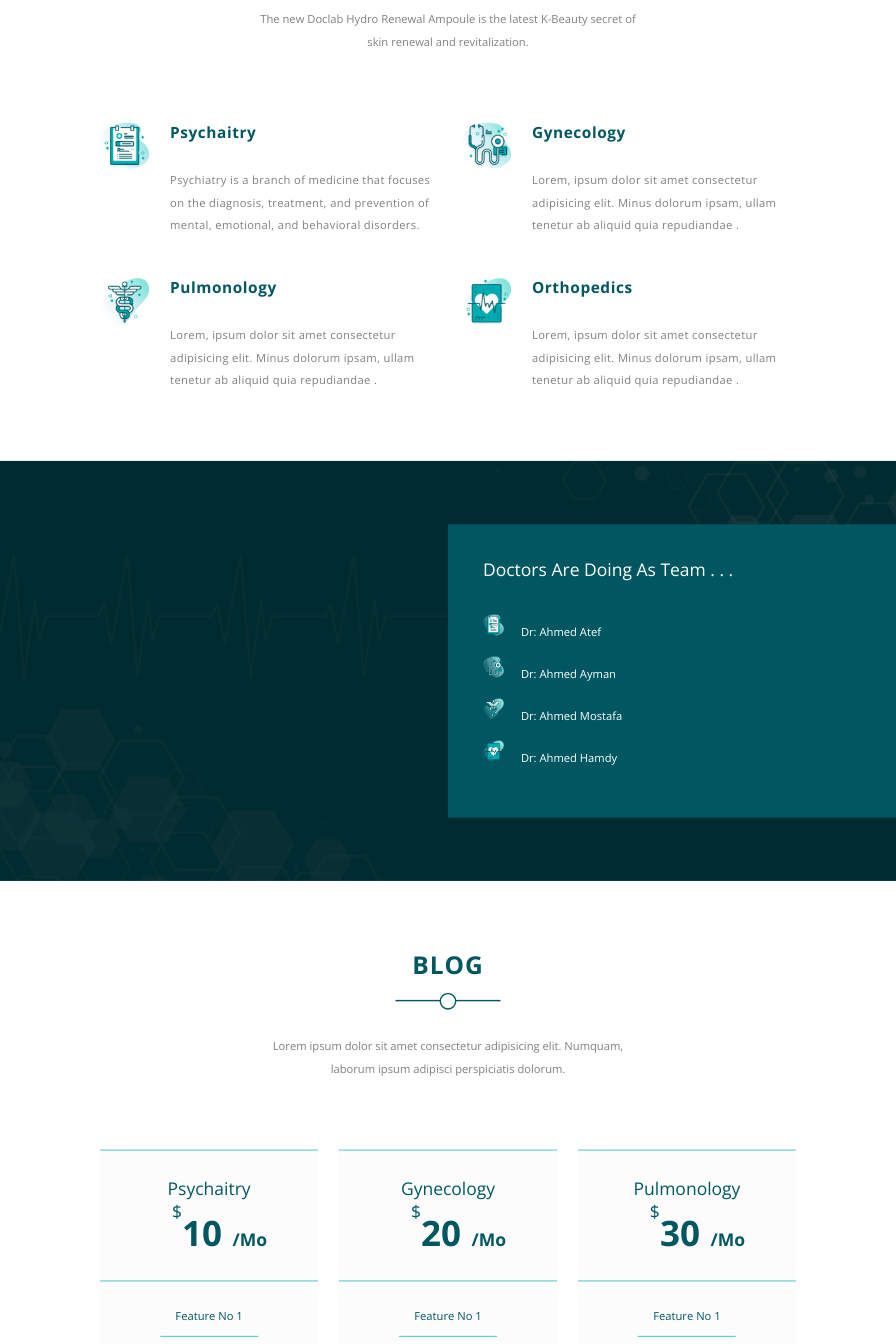
Repository: Ahmed123rezk123/Clinic
Page: index.html
The author's editor kept a copy of each file at every save. The page is drawn from the files as they stood at one save, then again after the next save.
The browser window is 1280 px wide. The pictures show the part of the page from y = 929 to 2849 px (the page is 5771 px tall before and 5803 px after), at 70% of full size.
Some web fonts or font styles are not loaded; a fallback is used.

Above is the page before, as saved 2024-04-25 23:09:35.

### index.html
<!DOCTYPE html>
<html lang="en">
  <head>
    <meta charset="UTF-8" />
    <meta name="viewport" content="width=device-width, initial-scale=1.0" />
    <title>Clinic</title>
    <!-- Render All Elements Normally -->
    <link rel="stylesheet" href="css/normalize.css" />
    <!-- Font Awesome Library -->
    <link rel="stylesheet" href="css/all.min.css" />
    <!-- Main Temlate css file -->
    <link rel="stylesheet" href="css/style.css" />
    <!-- Google Fonts -->
    <link rel="preconnect" href="https://fonts.googleapis.com" />
    <link rel="preconnect" href="https://fonts.gstatic.com" crossorigin />
    <link
      href="https://fonts.googleapis.com/css2?family=Edu+TAS+Beginner:wght@500&family=Open+Sans:wght@400;700&display=swap"
      rel="stylesheet"
    />
    <!-- <link href="https://cdn.jsdelivr.net/npm/bootstrap@5.3.2/dist/css/bootstrap.min.css" rel="stylesheet"> -->
  </head>
  <body>
    <!-- Start Header -->
    <header>
      <div class="container" id="top">
        <a href="#" class="logo">
          <img src="images/logo.svg" alt="Logo" />
        </a>
        <nav>
          <i class="fas fa-bars menu"></i>
          <ul>
            <li><a href="#" class="active">Home</a></li>
            <li><a href="#">Services</a></li>
            <li><a href="#">Doctors</a></li>
            <li><a href="#">Blog</a></li>
            <li><a href="#">Contact</a></li>
          </ul>
          <div class="form">
            <i class="fas fa-search"></i>
          </div>
        </nav>
      </div>
    </header>
    <!-- End Header -->
    <!-- Start Landing -->
    <section class="landing">
      <div class="overlay">
        <div class="text">
          <div class="content">
            <h2>
              Welcome To Doclab<br />
              We get will soon
            </h2>
            <p>
              The new Doclab Hydro Renewal Ampoule is the latest K-Beauty secret of skin renewal and revitalization invention that is used by dermatologists.
            </p>
          </div>
        </div>
       <img class="img-doctor" src="images/hero-banner.png" alt="">
      </div>
      <i class="fas fa-angle-left icon1 fa-2x"></i>
      <i class="fas fa-angle-right icon2 fa-2x"></i>
      <ul class="bullets">
        <li></li>
        <li class="active"></li>
        <li></li>
      </ul>
    </section>
    <!-- End Landing -->
    <!-- Start Services -->
    <section class="services">
      <div class="container">
        <div class="main-content">
          <h2>Services</h2>
          <p>
            The new Doclab Hydro Renewal Ampoule is the latest K-Beauty secret of skin renewal and revitalization.
          </p>
        </div>
        <div class="services-content">
          <div class="div-content">
            <img src="images/icon-1.png" alt="">
            <div class="text">
              <h2>Psychaitry</h2>
              <p>

Psychiatry is a branch of medicine that focuses on the diagnosis, treatment, and prevention of mental, emotional, and behavioral disorders.
              </p>
            </div>
          </div>
          <div class="div-content">
            <img src="images/icon-2.png" alt="">
            <div class="text">
              <h2>Gynecology</h2>
              <p>
                Lorem, ipsum dolor sit amet consectetur adipisicing elit. Minus
                dolorum ipsam, ullam tenetur ab aliquid quia repudiandae .
              </p>
            </div>
          </div>
          <div class="div-content">
            <img src="images/icon-3.png" alt="">
            <div class="text">
              <h2>Pulmonology</h2>
              <p>
                Lorem, ipsum dolor sit amet consectetur adipisicing elit. Minus
                dolorum ipsam, ullam tenetur ab aliquid quia repudiandae .
              </p>
            </div>
          </div>
          <div class="div-content">
            <img src="images/icon-4.png" alt="">
            <div class="text">
              <h2>Orthopedics</h2>
              <p>
                Lorem, ipsum dolor sit amet consectetur adipisicing elit. Minus
                dolorum ipsam, ullam tenetur ab aliquid quia repudiandae .
              </p>
            </div>
          </div>
        </div>
      </div>
    </section>
    <!-- End Services -->
    <!-- Start Design -->
    <section class="design">
      <div class="overlay">
        <div class="image">
          <!-- <img src="images/mobile.png" alt="" /> -->
        </div>
        <div class="text">
          <div class="content">
            <h2>Doctors Are Doing As Team . . .</h2>
            <div class="div-icon">
              <div class="div-content">
                <img src="images/icon-1.png" alt="">
                <span>Dr: Ahmed Atef</span>
              </div>
              <div class="div-content">
                <img src="images/icon-2.png" alt="">
                <span>Dr: Ahmed Ayman</span>
              </div>
              <div class="div-content">
                <img src="images/icon-3.png" alt="">
                <span>Dr: Ahmed Mostafa</span>
              </div>
              <div class="div-content">
                <img src="images/icon-4.png" alt="">
                <span>Dr: Ahmed Hamdy</span>
              </div>
            </div>
          </div>
        </div>
      </div>
    </section>
    <!-- End Design -->

    <!-- Start Princing -->
    <div class="princing">
      <div class="container">
        <div class="main-content">
          <h2>Blog</h2>
          <p>
            Lorem ipsum dolor sit amet consectetur adipisicing elit. Numquam,
            laborum ipsum adipisci perspiciatis dolorum.
          </p>
        </div>
        <div class="content">
          <div class="basic">
            <div class="head">
              <h3>Psychaitry</h3>
              <span>10</span>
            </div>
            <ul>
              <li>Feature No 1</li>
              <li>Extra Feature</li>
              <li>Extra Feature No 2</li>
              <li>Feature</li>
            </ul>
            <div class="foot">
              <a href="#">Book Now</a>
            </div>
          </div>
          <div class="basic">
            <div class="head">
              <h3>Gynecology</h3>
              <span>20</span>
            </div>
            <ul>
              <li>Feature No 1</li>
              <li>Extra Feature</li>
              <li>Extra Feature No 2</li>
              <li>Feature</li>
            </ul>
            <div class="foot">
              <a href="#">Book Now</a>
            </div>
          </div>

          <div class="basic">
            <div class="head">
              <h3>Pulmonology</h3>
              <span>30</span>
            </div>
            <ul>
              <li>Feature No 1</li>
              <li>Extra Feature</li>
              <li>Extra Feature No 2</li>
              <li>Feature</li>
            </ul>
            <div class="foot">
              <a href="#">Book Now</a>
            </div>
          </div>

          <div class="basic">
            <div class="head">
              <h3>Orthopedics</h3>
              <span>40</span>
            </div>
            <ul>
              <li>Feature No 1</li>
              <li>Extra Feature</li>
              <li>Extra Feature No 2</li>
              <li>Feature</li>
            </ul>
            <div class="foot">
              <a href="#">Book Now</a>
            </div>
          </div>
        </div>
        <p class="parag-content">Contact us if you have special request</p>
        <a href="#" class="lnk">Contact Us</a>
      </div>
    </div>
    <!-- End Princing -->

    <!-- Start Subscribe -->
    <div class="subscribe">
      <div class="container">
        <form action="">
          <i class="far fa-envelope"></i>
          <input type="email" name="mail" placeholder="Your Email" />
          <input type="submit" value="Subscribe" />
        </form>
        <p>
          Curabitur arcu erat, accumsan id imperdiet et, porttitor at sem.
          Mauris blan dit aliquet elit, eget tincidunt.
        </p>
      </div>
    </div>
    <!-- End Subscribe -->
    <!-- Start CONTACT US -->

    <div class="contact">
      <div class="container">
        <div class="main-content">
          <h2>contact us</h2>
          <p>
            Lorem ipsum dolor sit amet consectetur adipisicing elit. Numquam,
            laborum ipsum adipisci perspiciatis dolorum.
          </p>
        </div>
        <div class="content">
          <form action="">
            <input
              class="inp"
              type="text"
              name="name"
              placeholder="Your Name"
            />
            <input
              class="inp"
              type="email"
              name="mail"
              placeholder="Your Email"
            />
            <textarea
              class="inp"
              name="message"
              placeholder="Your Message"
            ></textarea>
            <input type="submit" value="Send Message" />
          </form>
          <div class="text">
            <h4>GET IN TOUCH</h4>
            <span class="phone">+00 123.456.789</span>
            <span class="phone">+00 123.456.789</span>

            <h4>WHERE WE ARE</h4>
            <ul>
              <li>Awesome Address 17</li>
              <li>New York, NYC</li>
              <li>123-4567-890</li>
              <li>USA</li>
            </ul>
          </div>
        </div>
      </div>
    </div>
    <!-- End CONTACT US -->

    <!-- Start Footer -->
    <div class="footer">
      <div class="container">
        <img src="images/logo.svg" alt="Logo" />
        <div class="text">
          <h2>We Are Social</h2>
          <a href="#"><i class="fab fa-facebook-f"></i></a>
          <a href="#"><i class="fab fa-twitter"></i></a>
          <a href="#"> <i class="fas fa-home"></i></a>
          <a href="#"><i class="fab fa-linkedin"></i></a>
        </div>
        <p>&copy; 2024 <span>Clinic</span> All Right Reserved</p>
      </div>
    </div>
    <!-- End Footer -->
    <a href="#top" class="up"><i class="fas fa-arrow-up"></i></a>
  </body>
</html>

Loaded but not shown: css/normalize.css (library); css/all.min.css (library); css/style.css (881 lines, source omitted)

After the next save:
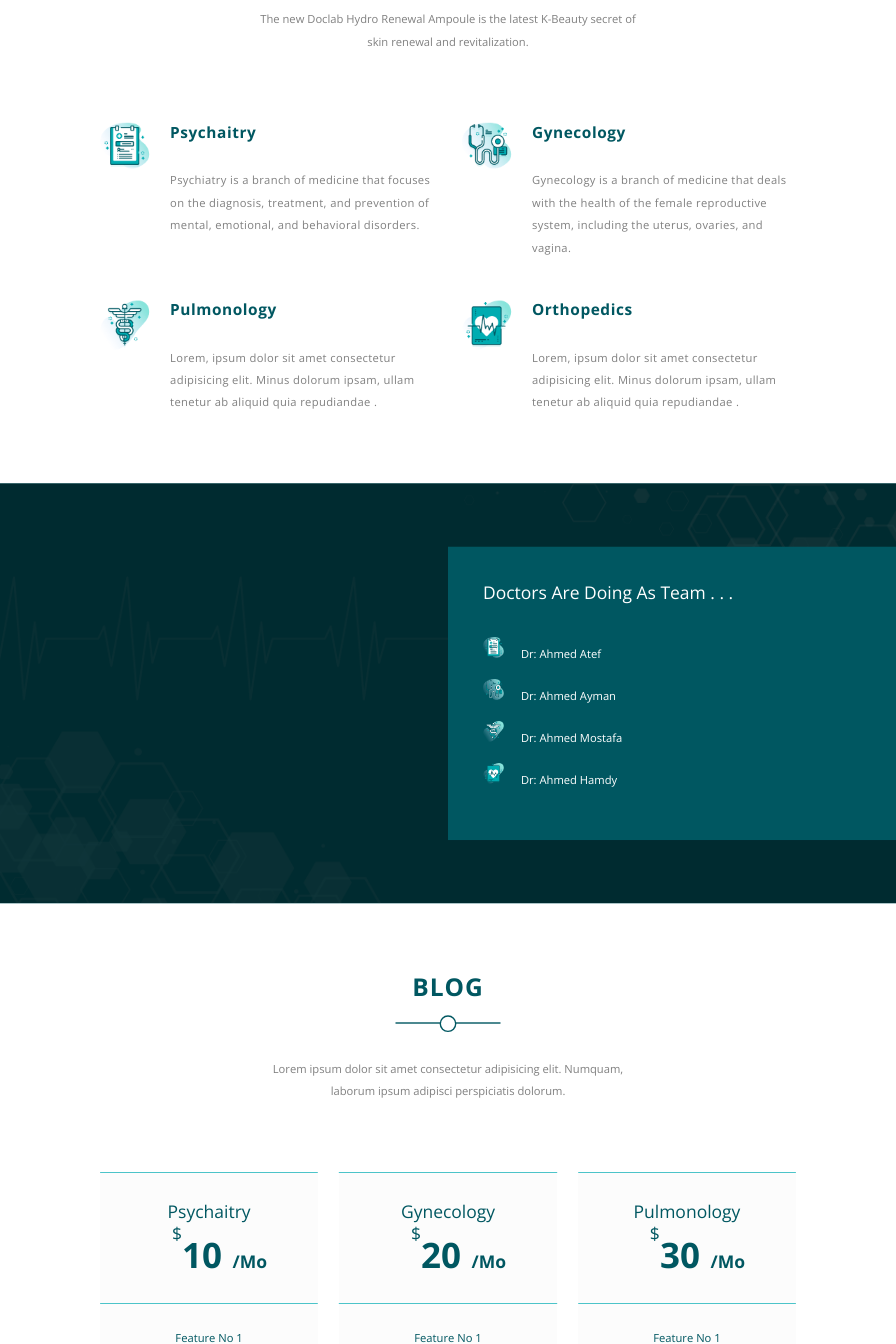
Saved 54 s later.
--- a/index.html
+++ b/index.html
@@ -92,8 +92,8 @@ Psychiatry is a branch of medicine that focuses on the diagnosis, treatment, and
             <div class="text">
               <h2>Gynecology</h2>
               <p>
-                Lorem, ipsum dolor sit amet consectetur adipisicing elit. Minus
-                dolorum ipsam, ullam tenetur ab aliquid quia repudiandae .
+
+Gynecology is a branch of medicine that deals with the health of the female reproductive system, including the uterus, ovaries, and vagina.
               </p>
             </div>
           </div>
